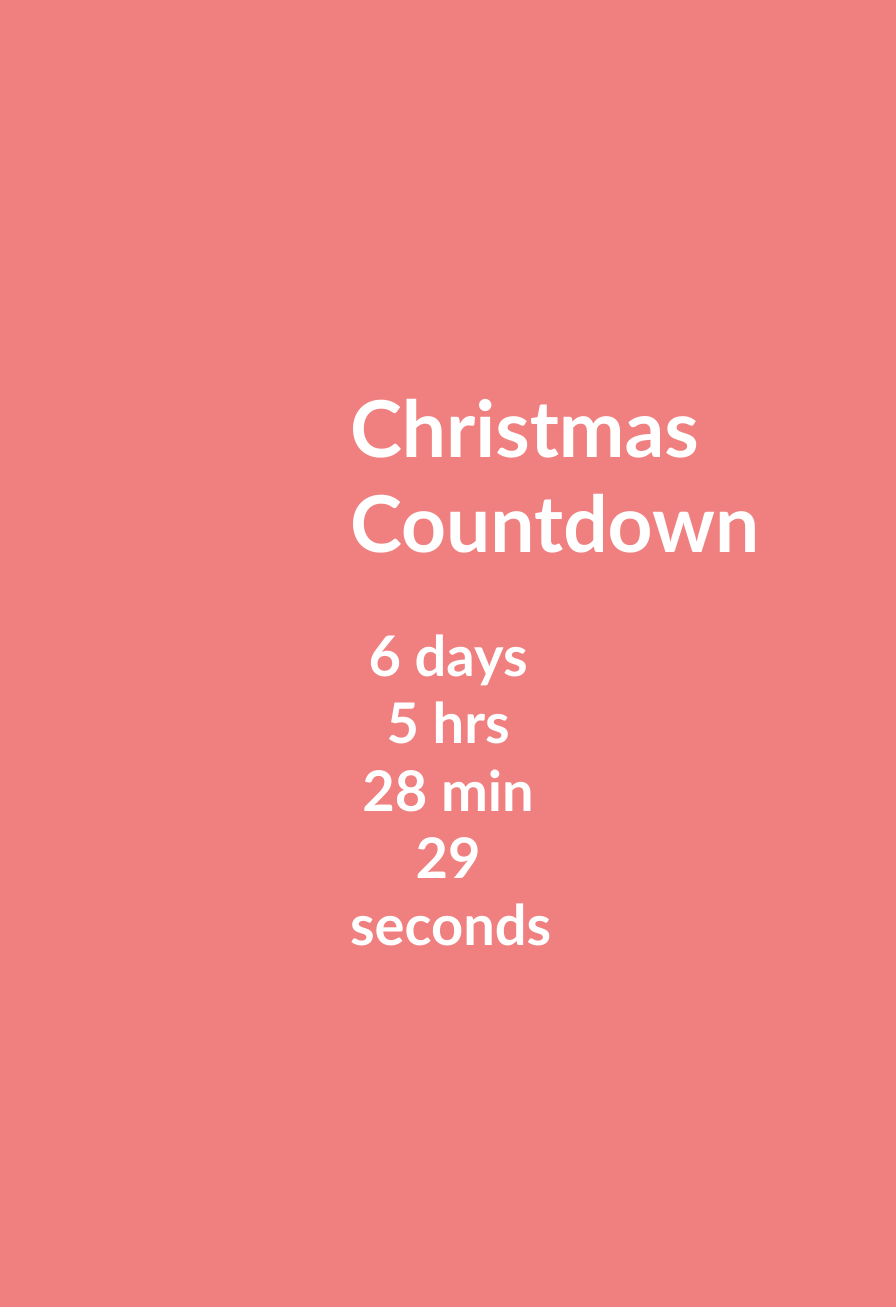
Repository: notMaximilian/countdown-timer
Page: index.html
An editor plug-in stored every save of this project. The page is shown before and after the next save, followed by the edit.
The browser window is 1280 px wide. The pictures show the whole page, at 70% of full size.

Above is the page before, as saved 2021-12-18 18:59:37.

After the next save:
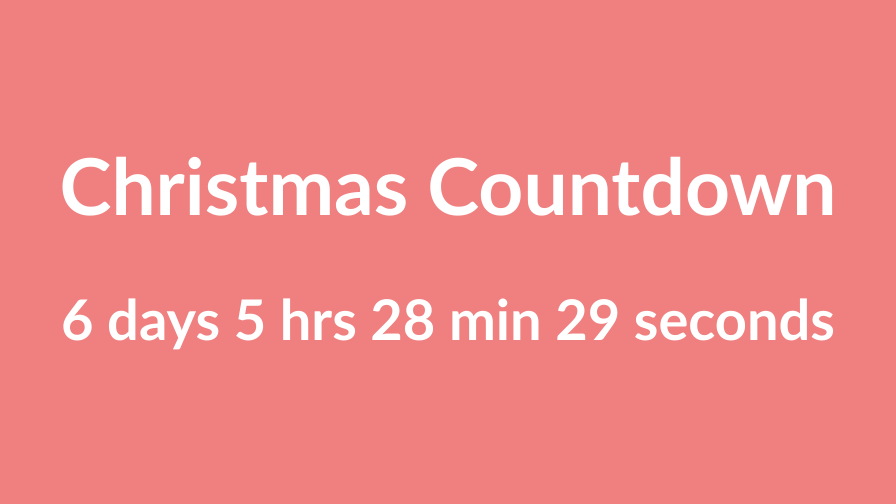
Saved 6 s later.
--- a/styles.css
+++ b/styles.css
@@ -2,7 +2,7 @@ body{
     background-color: lightcoral;
     text-align: center;
     color:#ffffff;
-    margin:500px;
+    margin:5px;
     font-family: 'Trebuchet MS', 'Lucida Sans Unicode', 'Lucida Grande', 'Lucida Sans', Arial, sans-serif;
 }
 
